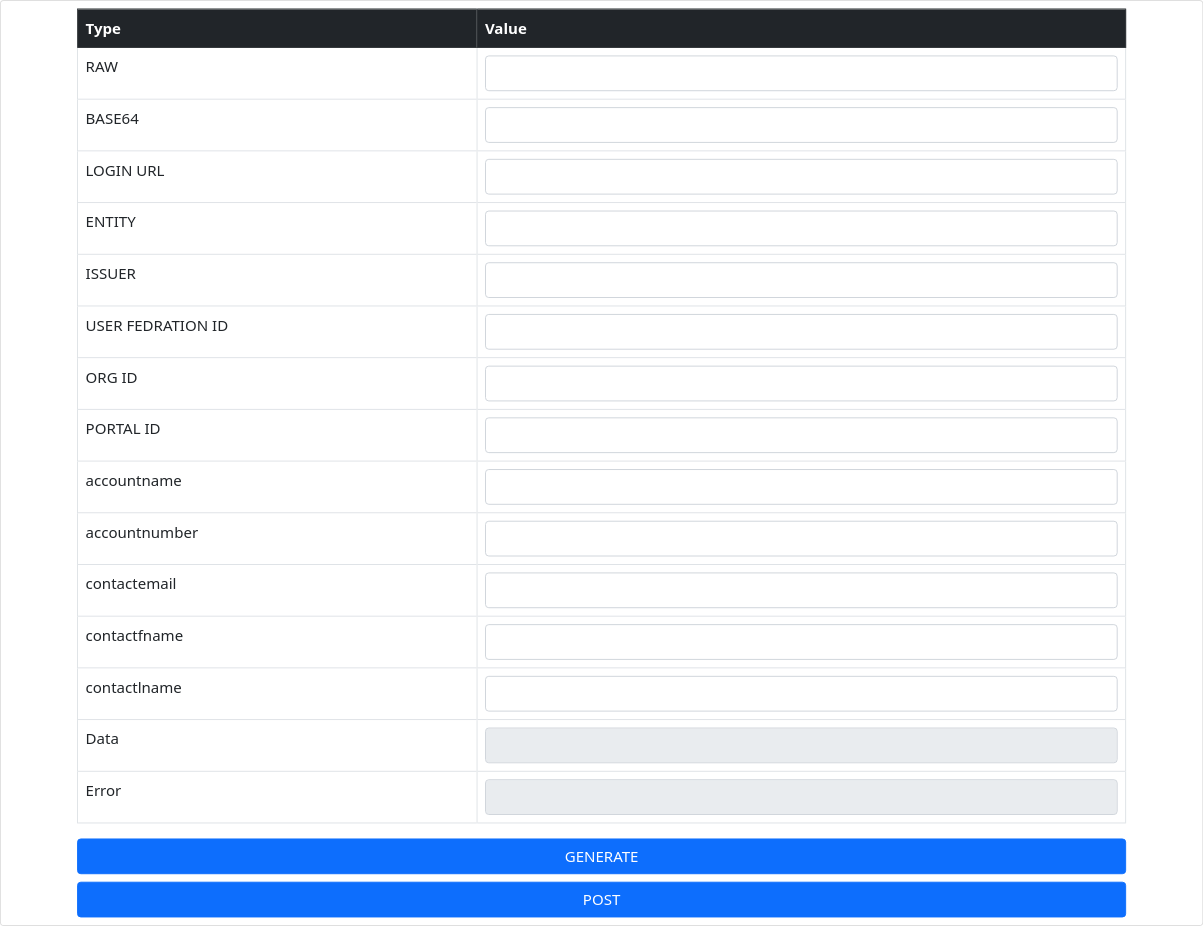
Repository: getsignapp/ssosamlresponse_sfdc
Page: views/index.ejs
These files come from the project's save history. The page is drawn as it stood at one moment and after the next save; the edit follows.
The browser window is 1280 px wide. The pictures show the whole page, at 94% of full size.
The page is served by the project's Node server (app.js). Other server files are loaded and not shown. The template is opened directly, without the code that normally fills it, so the values that code supplies are empty.

Above is the page before, as saved 2021-05-22 08:59:06.

### views/index.ejs
<!DOCTYPE html>
<html>
  <head>
    <title><%= title %></title>
    <link href="https://cdn.jsdelivr.net/npm/bootstrap@5.0.1/dist/css/bootstrap.min.css" rel="stylesheet" integrity="sha384-+0n0xVW2eSR5OomGNYDnhzAbDsOXxcvSN1TPprVMTNDbiYZCxYbOOl7+AMvyTG2x" crossorigin="anonymous">
  </head>
  <style>
    .data{
      background-color: antiquewhite;
      border: solid 2px #261e13;
      width: 99%;
      word-break: break-all;
      margin: 6px;
    }
  </style>
  <body>
    <form action="/" method="post" class="card p-2">
      <div class="container">
        <table style="width:100%" class="table table-bordered">
          <thead class="table-dark">
            <tr>
              <th>Type</th>
              <th>Value</th>
            </tr>
          </thead>
          <tbody>
            <tr>
              <td>RAW</td>
              <td><input class="form-control" type="text" name="rawStr" value="<%= rawStr %>"/></td>
            </tr>
            <tr>
              <td>BASE64</td>
              <td><input class="form-control" type="text" name="base64Str" value="<%= base64Str %>"/></td>
            </tr>
            <tr>
              <td>LOGIN URL</td>
              <td><input class="form-control" type="text" name="login_url" value="<%= login_url %>" /></td>
            </tr>
            <tr>
              <td>ENTITY</td>
              <td><input class="form-control" type="text" name="entity" value="<%= entity %>" /></td>
            </tr>
            <tr>
              <td>ISSUER</td>
              <td><input class="form-control" type="text" name="issuer" value="<%= issuer %>" /></td>
            </tr>
            <tr>
              <td>USER FEDRATION ID</td>
              <td><input class="form-control" type="text" name="userFID" value="<%= userFID %>" /></td>
            </tr>
            <tr>
              <td>ORG ID</td>
              <td><input class="form-control" type="text" name="oId" value="<%= oId %>" /></td>
            </tr>
            <tr>
              <td>PORTAL ID</td>
              <td><input class="form-control" type="text" name="pId" value="<%= pId %>" /></td>
            </tr>
            <tr>
              <td>accountname</td>
              <td><input class="form-control" type="text" name="accountname" value="<%= accountname %>" /></td>
            </tr>
            <tr>
              <td>accountnumber</td>
              <td><input class="form-control" type="text" name="accountnumber" value="<%= accountnumber %>" /></td>
            </tr>
            <tr>
              <td>contactemail</td>
              <td><input class="form-control" type="text" name="contactemail" value="<%= contactemail %>" /></td>
            </tr>
            <tr>
              <td>contactfname</td>
              <td><input class="form-control" type="text" name="contactfname" value="<%= contactfname %>" /></td>
            </tr>
            <tr>
              <td>contactlname</td>
              <td><input class="form-control" type="text" name="contactlname" value="<%= contactlname %>" /></td>
            </tr>
            <tr>
              <td>Data</td>
              <td><input class="form-control" type="text" name="data" value="<%= data %>" disabled/></td>
            </tr>
            <tr>
              <td>Error</td>
              <td><input class="form-control" type="text" name="error" value="<%= error %>" disabled/></td>
            </tr>
          </tbody>
        </table>

        <input type="hidden" value="" name="submit_action"/>
        <div class="d-grid gap-2">
          <button type="submit" class="btn btn-primary" onclick="document.querySelector(`input[name='submit_action']`).value='generate'">GENERATE</button>
          <button type="submit" class="btn btn-primary" onclick="document.querySelector(`input[name='submit_action']`).value='post'">POST</button>
        </div>

      </div>
    </form>
  </body>
</html>

### app.js
var createError = require('http-errors');
var express = require('express');
var path = require('path');
var cookieParser = require('cookie-parser');
var logger = require('morgan');

var indexRouter = require('./routes/index');

var app = express();

// view engine setup
app.set('views', path.join(__dirname, 'views'));
app.set('view engine', 'ejs');

app.use(logger('dev'));
app.use(express.json());
app.use(express.urlencoded({ extended: false }));
app.use(cookieParser());
app.use(express.static(path.join(__dirname, 'public')));

app.use('/', indexRouter);

// catch 404 and forward to error handler
app.use(function(req, res, next) {
  next(createError(404));
});

// error handler
app.use(function(err, req, res, next) {
  // set locals, only providing error in development
  res.locals.message = err.message;
  res.locals.error = req.app.get('env') === 'development' ? err : {};

  // render the error page
  res.status(err.status || 500);
  res.render('error');
});

module.exports = app;

After the next save:
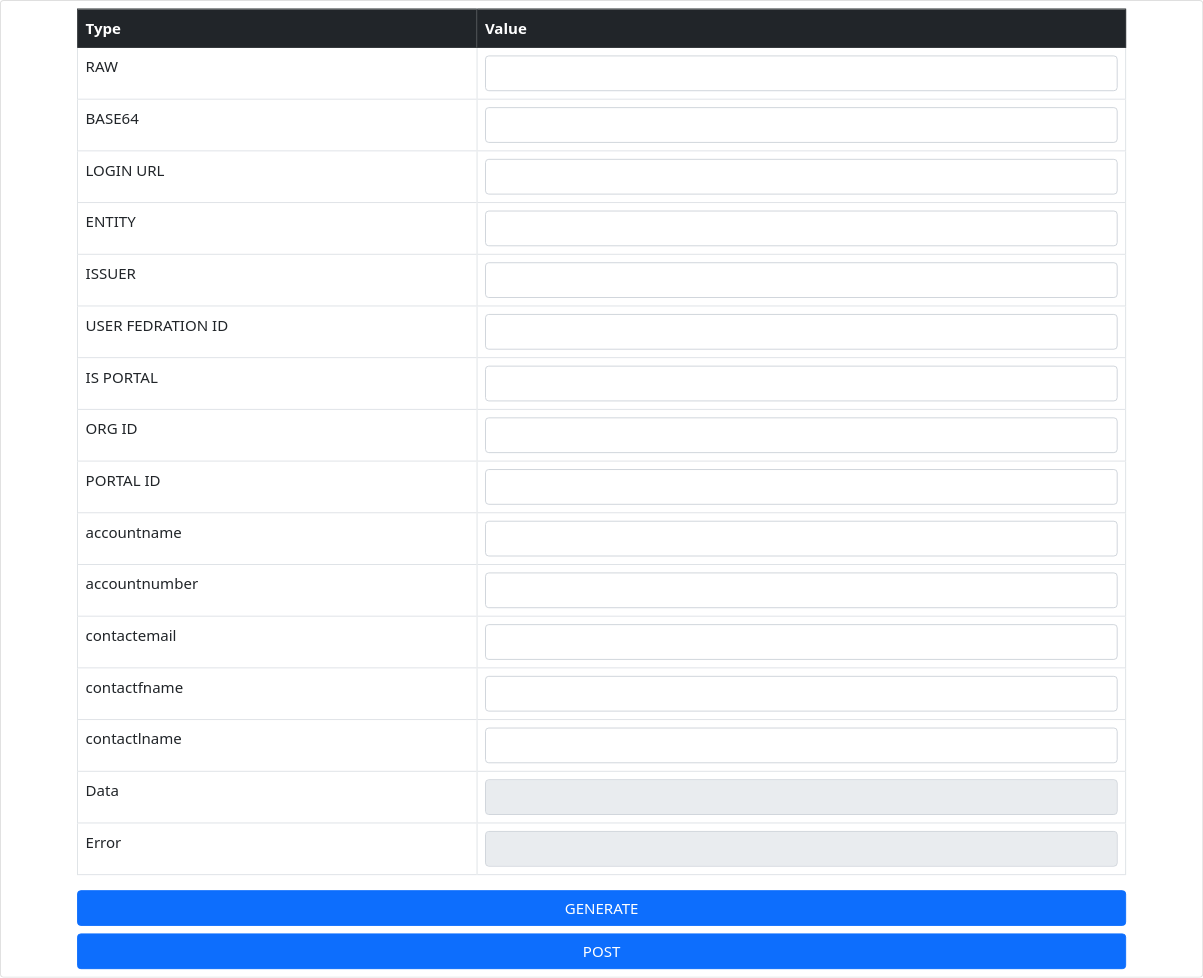
Saved 30 s later.
--- a/views/index.ejs
+++ b/views/index.ejs
@@ -49,6 +49,10 @@
               <td><input class="form-control" type="text" name="userFID" value="<%= userFID %>" /></td>
             </tr>
             <tr>
+              <td>IS PORTAL</td>
+              <td><input class="form-control" type="text" name="userFID" value="<%= userFID %>" /></td>
+            </tr>
+            <tr>
               <td>ORG ID</td>
               <td><input class="form-control" type="text" name="oId" value="<%= oId %>" /></td>
             </tr>
